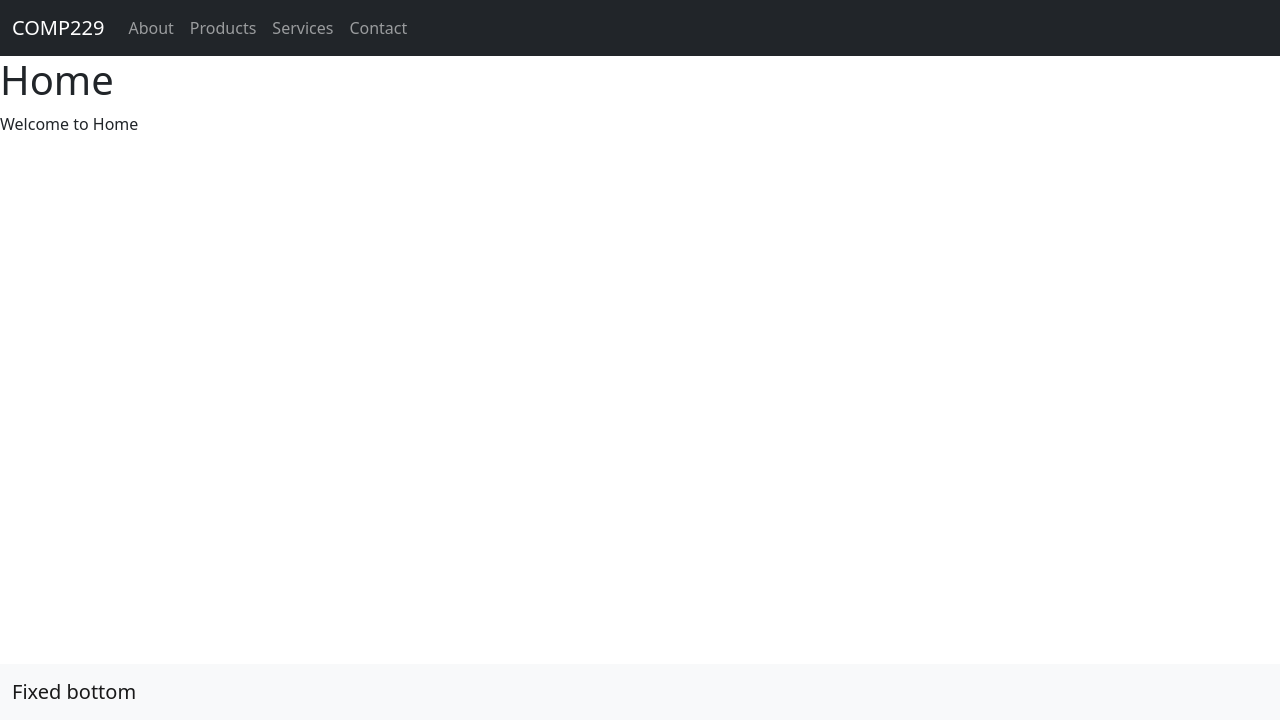
Repository: BlessingAjiboye/WEEK3DEP
Page: http://localhost/
These files come from the project's save history. The page is drawn as it stood at one moment and after the next save; the edit follows.
The browser window is 1280 px wide. The pictures show the whole page.
The page is served by the project's Node server (server.js). Other server files are loaded and not shown.

Above is the page before, as saved 2022-09-21 13:15:01.

### views/index.ejs
<%-include partials/header.ejs%>
<%-include partials/main_nav.ejs%>




  <h1><%= title %></h1>
  <p>Welcome to <%= title %></p>

  <!--Script section-->
  <%-include partials/bottom_nav.ejs%>
<%-include partials/footer.ejs%>

### views/partials/header.ejs
<!DOCTYPE html>
<html lang="en">
<head>
  <meta charset="UTF-8">
  <meta http-equiv="X-UA-Compatible" content="IE=edge">
  <meta name="viewport" content="width=device-width, initial-scale=1.0">
  <title><%= title %></title>
  <!--css section-->
  <link rel="stylesheet"href="/bootstrap/dist/css/bootstrap.min.css"/>
  <link rel="stylesheet"href="@fortawesome/fontawesome-free/css/all.min.css"/>
  <link rel='stylesheet' href='/Content/app.css' />
</head>
<body>

### views/partials/main_nav.ejs
<nav class="navbar navbar-expand-lg navbar-dark bg-dark">
    <div class="container-fluid">
      <a class="navbar-brand" href="#">COMP229</a>
      <button class="navbar-toggler" type="button" data-bs-toggle="collapse" data-bs-target="#navbarSupportedContent" aria-controls="navbarSupportedContent" aria-expanded="false" aria-label="Toggle navigation">
        <span class="navbar-toggler-icon"></span>
      </button>
      <div class="collapse navbar-collapse" id="navbarSupportedContent">
        <ul class="navbar-nav me-auto mb-2 mb-lg-0">
          <% if (title =="Home"){%>
           <li class="nav-item active">
              <%} else {%>
            <a class="nav-link active" aria-current="page" href="/home">Home</a>
            <%}%>
            </li>
            <% if (title =="About"){%>
               <li class="nav-item active">
                <%} else {%>
                <a class="nav-link" href="about">About</a>
                <%}%>
          </li>

          <% if (title =="Products"){%>
            <li class="nav-item active">
              <%} else {%>
                <a class="nav-link" href="products">Products</a>
                <%}%>
          </li>

          <% if (title =="Services"){%>
            <li class="nav-item active">
              <%} else {%>
              <a class="nav-link" href="services">Services</a>
            <%}%>
          </li>

          <% if (title =="Contact"){%>
            <li class="nav-item active">
              <%} else {%>
                <a class="nav-link" href="contact">Contact</a>
                <%}%>
          </li>

      </div>
    </div>
  </nav>

### views/partials/bottom_nav.ejs
<footer><nav class="navbar fixed-bottom bg-light">
    <div class="container-fluid">
      <a class="navbar-brand" href="#">Fixed bottom</a>
    </div>
    <h6 class="display-6"&copy;2022 All rights reserved.></h6>
  </nav>
</footer>

### views/partials/footer.ejs
<script src="/jquery/dist/jquery.min.js"></script>
  <script src="/bootstrap/dist/js/bootstrap.min.js"></script>
  <script src="/Scripts/app.js"></script>
</body>
</html>

### server.js
#!/usr/bin/env node

/**
 * Module dependencies.
 */

var app = require('./app');
var debug = require('debug')('week344:server');
var http = require('http');

/**
 * Get port from environment and store in Express.
 */

var port = normalizePort(process.env.PORT || '3000');
app.set('port', port);

/**
 * Create HTTP server.
 */

var server = http.createServer(app);

/**
 * Listen on provided port, on all network interfaces.
 */

server.listen(port);
server.on('error', onError);
server.on('listening', onListening);

/**
 * Normalize a port into a number, string, or false.
 */

function normalizePort(val) {
  var port = parseInt(val, 10);

  if (isNaN(port)) {
    // named pipe
    return val;
  }

  if (port >= 0) {
    // port number
    return port;
  }

  return false;
}

/**
 * Event listener for HTTP server "error" event.
 */

function onError(error) {
  if (error.syscall !== 'listen') {
    throw error;
  }

  var bind = typeof port === 'string'
    ? 'Pipe ' + port
    : 'Port ' + port;

  // handle specific listen errors with friendly messages
  switch (error.code) {
    case 'EACCES':
      console.error(bind + ' requires elevated privileges');
      process.exit(1);
      break;
    case 'EADDRINUSE':
      console.error(bind + ' is already in use');
      process.exit(1);
      break;
    default:
      throw error;
  }
}

/**
 * Event listener for HTTP server "listening" event.
 */

function onListening() {
  var addr = server.address();
  var bind = typeof addr === 'string'
    ? 'pipe ' + addr
    : 'port ' + addr.port;
  debug('Listening on ' + bind);
}

### routes/index.js
var express = require('express');
var router = express.Router();

/* GET home page. */
router.get('/', function(req, res, next) {
  res.render('index', { title: 'Home' });
});

router.get('/home', function(req, res, next) {
  res.render('index', { title: 'Home' });
});
router.get('/about', function(req, res, next) {
  res.render('index', { title: 'About' });
});

router.get('/Products', function(req, res, next) {
  res.render('index', { title: 'Products' });
});

router.get('/Services', function(req, res, next) {
  res.render('index', { title: 'Services' });
});

router.get('/Contact', function(req, res, next) {
  res.render('index', { title: 'Contact' });
});
module.exports = router;

### app.js
var createError = require('http-errors');
var express = require('express');
var path = require('path');
var cookieParser = require('cookie-parser');
var logger = require('morgan');

var indexRouter = require('./routes/index');
var usersRouter = require('./routes/users');

var app = express();

// view engine setup
app.set('views', path.join(__dirname, 'views'));
app.set('view engine', 'ejs');

app.use(logger('dev'));
app.use(express.json());
app.use(express.urlencoded({ extended: false }));
app.use(cookieParser());
app.use(express.static(path.join(__dirname, 'public')));
app.use(express.static(path.join(__dirname, 'node_modules')));
app.use('/', indexRouter);
app.use('/users', usersRouter);

// catch 404 and forward to error handler
app.use(function(req, res, next) {
  next(createError(404));
});

// error handler
app.use(function(err, req, res, next) {
  // set locals, only providing error in development
  res.locals.message = err.message;
  res.locals.error = req.app.get('env') === 'development' ? err : {};

  // render the error page
  res.status(err.status || 500);
  res.render('error',{title:'Error'});
});

module.exports = app;

### public/Content/app.css
/* custom css goes here*/

### public/Scripts/app.js
(function(){
    function start()
    {
        console.log("App started...");
    }
    window.addEventListener("load",start);
})();

After the next save:
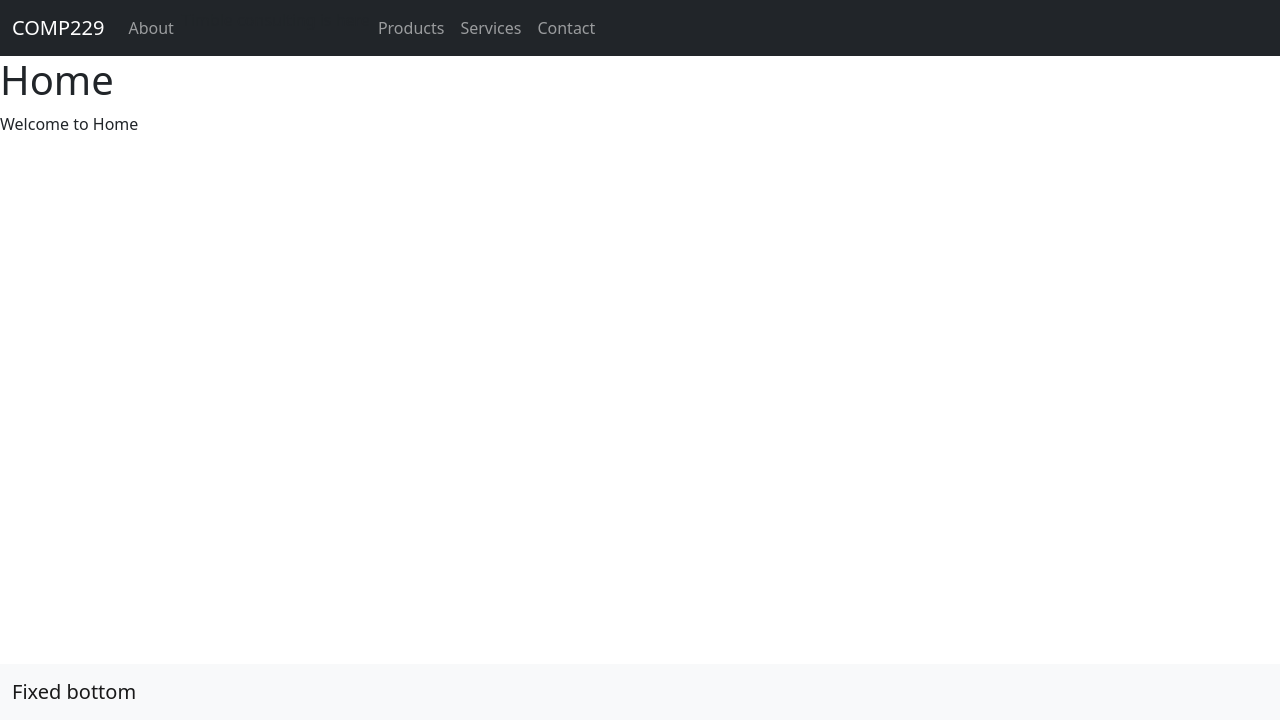
Saved 7 h 37 min later.
--- a/views/partials/main_nav.ejs
+++ b/views/partials/main_nav.ejs
@@ -18,6 +18,7 @@
                 <a class="nav-link" href="about">About</a>
                 <%}%>
           </li>
+          <p>Timble consulting is here</p>
 
           <% if (title =="Products"){%>
             <li class="nav-item active">
